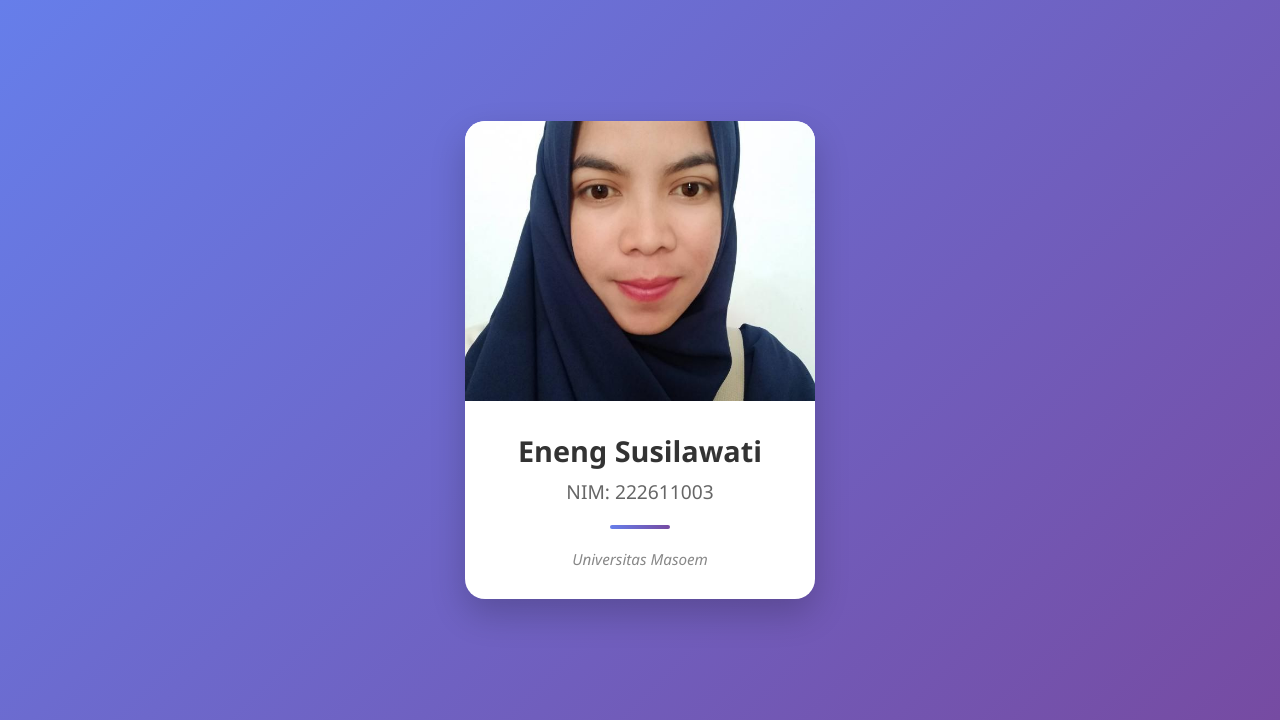
Repository: usysarfaraz/mockup-sistem-Otomatisasi-Input-Produksi-Kahatex-Eneng-Susilawati
Page: http://localhost/
The author's editor kept a copy of each file at every save. The page is drawn from the files as they stood at one save, then again after the next save.
The browser window is 1280 px wide. The pictures show the whole page.
The page is run by PHP 8.4 with error messages shown; the project is at /var/www/html/.

Above is the page before, as saved 2025-10-15 16:53:08.

### index.php
<!DOCTYPE html>
<html lang="en">
<head>
    <meta charset="UTF-8">
    <meta http-equiv="X-UA-Compatible" content="IE=edge">
    <meta name="viewport" content="width=device-width, initial-scale=1.0">
    <title>Profil Mahasiswa</title>
    <style>
        * {
            margin: 0;
            padding: 0;
            box-sizing: border-box;
            font-family: 'Segoe UI', Tahoma, Geneva, Verdana, sans-serif;
        }

        body {
            background: linear-gradient(135deg, #667eea 0%, #764ba2 100%);
            min-height: 100vh;
            display: flex;
            justify-content: center;
            align-items: center;
            padding: 20px;
        }

        .card {
            background: white;
            border-radius: 20px;
            overflow: hidden;
            box-shadow: 0 15px 35px rgba(0, 0, 0, 0.2);
            transition: transform 0.3s, box-shadow 0.3s;
            max-width: 350px;
            width: 100%;
        }

        .card:hover {
            transform: translateY(-10px);
            box-shadow: 0 20px 40px rgba(0, 0, 0, 0.4);
        }

        .photo-container {
            width: 100%;
            height: 280px;
            overflow: hidden;
            position: relative;
        }

        .photo {
            width: 100%;
            height: 100%;
            object-fit: cover;
            transition: transform 0.5s;
        }

        .card:hover .photo {
            transform: scale(1.08);
        }

        .info-container {
            padding: 30px;
            text-align: center;
        }

        .name {
            font-size: 1.8rem;
            font-weight: 700;
            color: #333;
            margin-bottom: 8px;
        }

        .nim {
            font-size: 1.2rem;
            color: #666;
            font-weight: 500;
            margin-bottom: 20px;
        }

        .divider {
            height: 4px;
            width: 60px;
            background: linear-gradient(to right, #667eea, #764ba2);
            margin: 0 auto 20px auto;
            border-radius: 4px;
        }

        .details {
            margin-top: 20px;
            padding-top: 20px;
            border-top: 1px solid #eee;
        }

        .detail-item {
            display: flex;
            justify-content: space-between;
            margin-bottom: 10px;
            padding: 5px 0;
        }

        .detail-label {
            color: #777;
            font-weight: 500;
        }

        .detail-value {
            color: #333;
            font-weight: 600;
        }

        .university {
            margin-top: 15px;
            font-style: italic;
            color: #888;
            font-size: 0.95rem;
        }

        @media (max-width: 400px) {
            .card {
                max-width: 300px;
            }

            .photo-container {
                height: 240px;
            }

            .name {
                font-size: 1.6rem;
            }

            .nim {
                font-size: 1.1rem;
            }
        }
    </style>
</head>
<body>
    <div class="card">
        <div class="photo-container">
            <img src="img/photo_2025-10-15_16-24-52.jpg" alt="Foto Mahasiswa" class="photo">
        </div>
        <div class="info-container">
            <div class="name">Eneng Susilawati</div>
            <div class="nim">NIM: 222611003</div>
            <div class="divider"></div>

            <div class="university">Universitas Masoem</div>
        </div>
    </div>
</body>
</html>

After the next save:
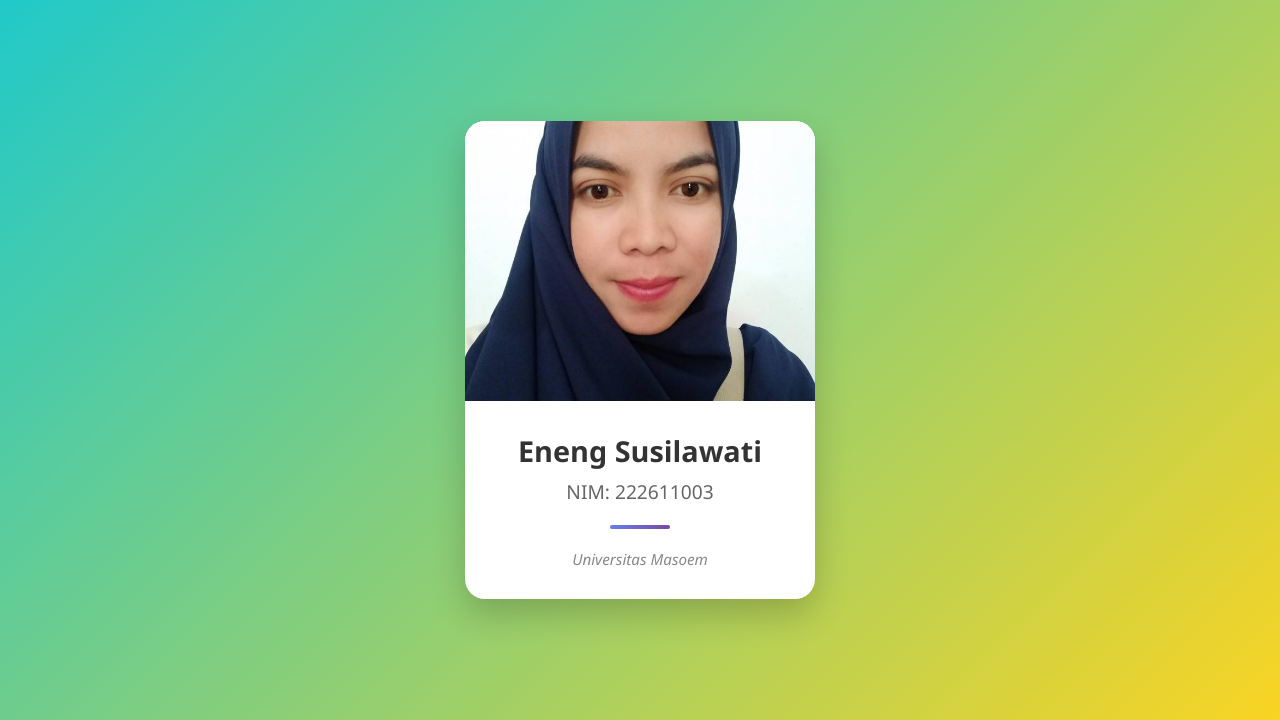
Saved 11 s later.
--- a/index.php
+++ b/index.php
@@ -14,7 +14,7 @@
         }
 
         body {
-            background: linear-gradient(135deg, #667eea 0%, #764ba2 100%);
+            background: linear-gradient(135deg, #20c9c9 0%, #f9d423 100%);
             min-height: 100vh;
             display: flex;
             justify-content: center;
